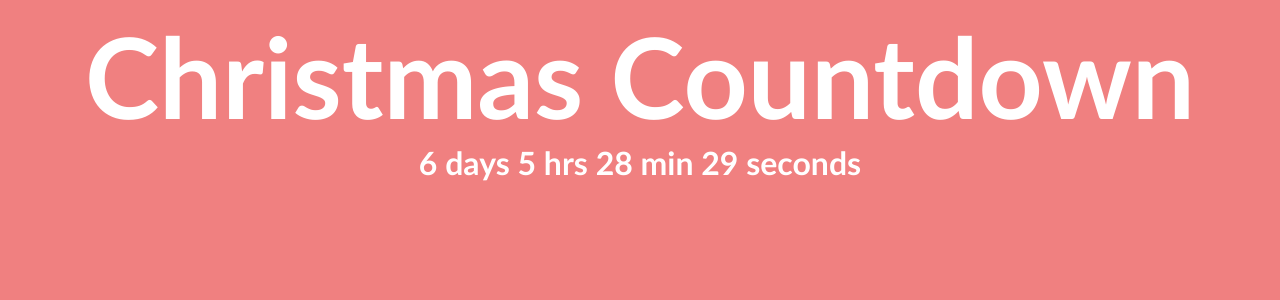
Repository: notMaximilian/countdown-timer
Page: index.html
These files come from the project's save history. The page is drawn as it stood at one moment and after the next save; the edit follows.
The browser window is 1280 px wide. The pictures show the whole page.

Above is the page before, as saved 2021-12-18 19:02:34.

### index.html
<html lang="en">
    <head>
        <meta charset="utf-8"/>
        <title>Christmas Countdown</title>
        <link rel="stylesheet" href="styles.css"/>
    </head>
    <body>
        <h1 id="main-text">Christmas Countdown</h1>
        <h1 id="time-left"></h1>
        <script src="app.js"></script>
    </body>
</html>

### styles.css
body{
    background-color: lightcoral;
    text-align: center;
    color:#ffffff;
    font-family: 'Trebuchet MS', 'Lucida Sans Unicode', 'Lucida Grande', 'Lucida Sans', Arial, sans-serif;
}

h1 { padding:0; margin:0; }

#main-text{
    font-size: 700%;

}

#time-left{
    font-size:  200%;
}

### app.js
const timeLeft = document.getElementById('time-left')
let timerId;
//Units of time
const second = 1000
const minute = second * 60
const hour = minute * 60
const day = hour * 24

const christmas = new Date('12/25/2021')

function countdown(){
    const today = new Date();
    const timeSpan = christmas - today;

    if(timeSpan <= -day){
        timeLeft.innerHTML("I hope you had a Merry Christmas!!!")
        clearInterval(timerId)
        return
    }

    if (timeSpan <= 0){
        timeLeft.innerHTML("Merry Christmas!!!")
        clearInterval(timerId)
        return
    }

    const days = Math.floor(timeSpan / day)
    const hours = Math.floor((timeSpan % day) / hour)
    const minutes = Math.floor((timeSpan % hour) / minute)
    const seconds = Math.floor((timeSpan % minute) / second)

    timeLeft.innerHTML = days + " days " + hours + " hrs " + minutes + " min " + seconds + " seconds"

}

timerId = setInterval(countdown, second)

After the next save:
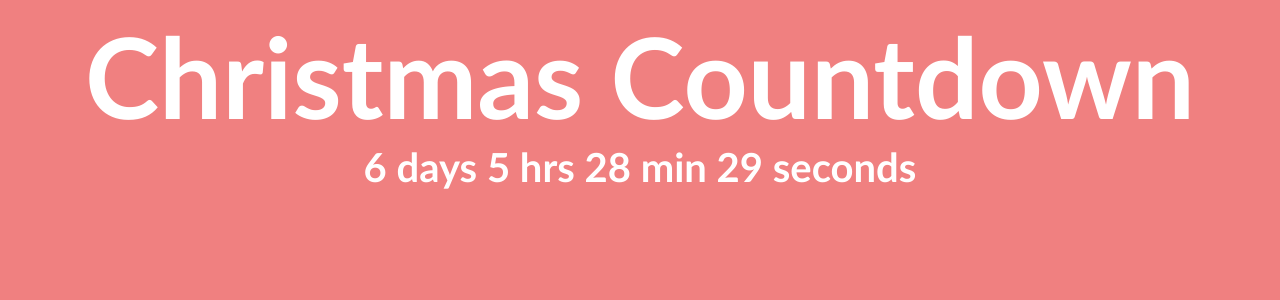
Saved 5 s later.
--- a/styles.css
+++ b/styles.css
@@ -13,5 +13,5 @@ h1 { padding:0; margin:0; }
 }
 
 #time-left{
-    font-size:  200%;
+    font-size:  250%;
 }
